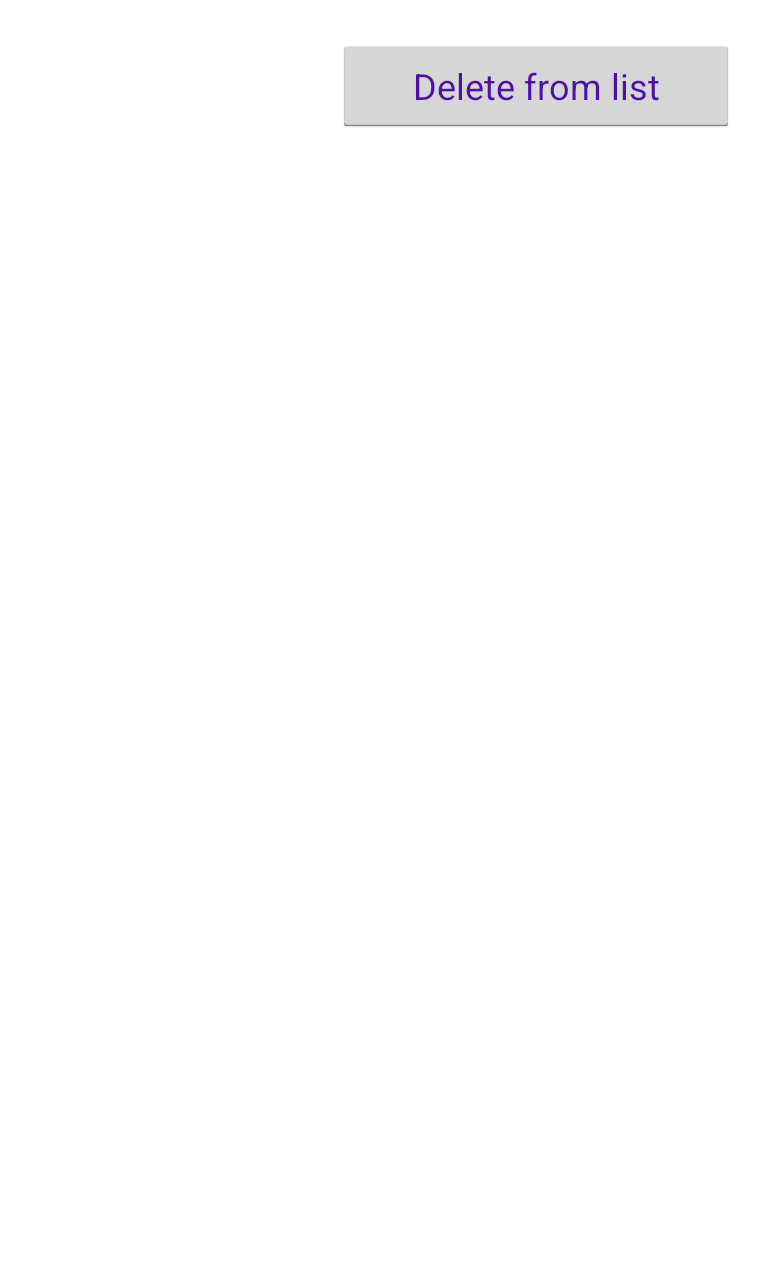
Repository: harvard-lil/wtwba-android-app
Layout: wtwba/res/layout/activity_delete_item.xml
These files come from the project's save history. The layout is drawn as it stood at one moment and after a run of saves; the edit follows.
It is drawn on a 768 x 1280 px phone screen (xhdpi) without system bars, with theme AppTheme; the app's code is not run.

Above is the layout before, as saved 2013-03-14 18:19:16.

### wtwba/res/layout/activity_delete_item.xml
<?xml version="1.0" encoding="utf-8"?>
<LinearLayout xmlns:android="http://schemas.android.com/apk/res/android"
    android:layout_width="fill_parent"
    android:layout_height="fill_parent"
    android:paddingLeft="16dp"
    android:paddingRight="16dp"
    android:orientation="vertical" >

    <TextView
        android:id="@+id/title_preview"
        android:layout_width="fill_parent"
        android:layout_height="wrap_content"
         />

    <Button
        android:layout_width="200dp"
        android:layout_height="wrap_content"
        android:layout_gravity="right"
        android:textColor="#4c11a9"
        android:text="@string/button_confirm_delete"
        android:onClick="deleteItem"/>
</LinearLayout>

### wtwba/res/values/strings.xml
<?xml version="1.0" encoding="utf-8"?>
<resources>

    <string name="app_name">wtwba</string>
    <string name="main_activity_title">Where the Wild Books Are</string>
    <string name="activity_item_details_title">Wild Books</string>
    <string name="activity_scan_title">Wild Books</string>
    <string name="activity_manage_user_title">Wild Books | Manage User</string>
    <string name="activity_location_title">Select your current location</string>
    <string name="user_name_box_label">Enter your assigned user key</string>
    <string name="edit_message">Enter a message</string>
    <string name="loading_message">Loading</string>


    <string name="button_confirm_delete">Delete from list</string>
    <string name="activity_delete_title">Delete an item</string>

    <string name="button_scan">Scan</string>
    <string name="button_item_confrim">Return home</string>
    <string name="button_add">Add to list</string>
    <string name="button_save_user_name">Save user key</string>
    <string name="menu_settings">Settings</string>
    <string name="title_activity_main">MainActivity</string>
    <string name="hello_world">Hello world!</string>
    <string name="title_holder">Sample Title Here</string>
    <string name="connection_error">Unable to connect to network</string>
    <string name="title_activity_display_message">DisplayMessageActivity</string>
    <string name="empty_list">You haven\'t added any items.</string>

</resources>

Loaded but not shown: wtwba/res/values-v11/styles.xml (common file); wtwba/res/values-v14/styles.xml (common file); wtwba/res/values/styles.xml (common file)

After the next 2 saves:
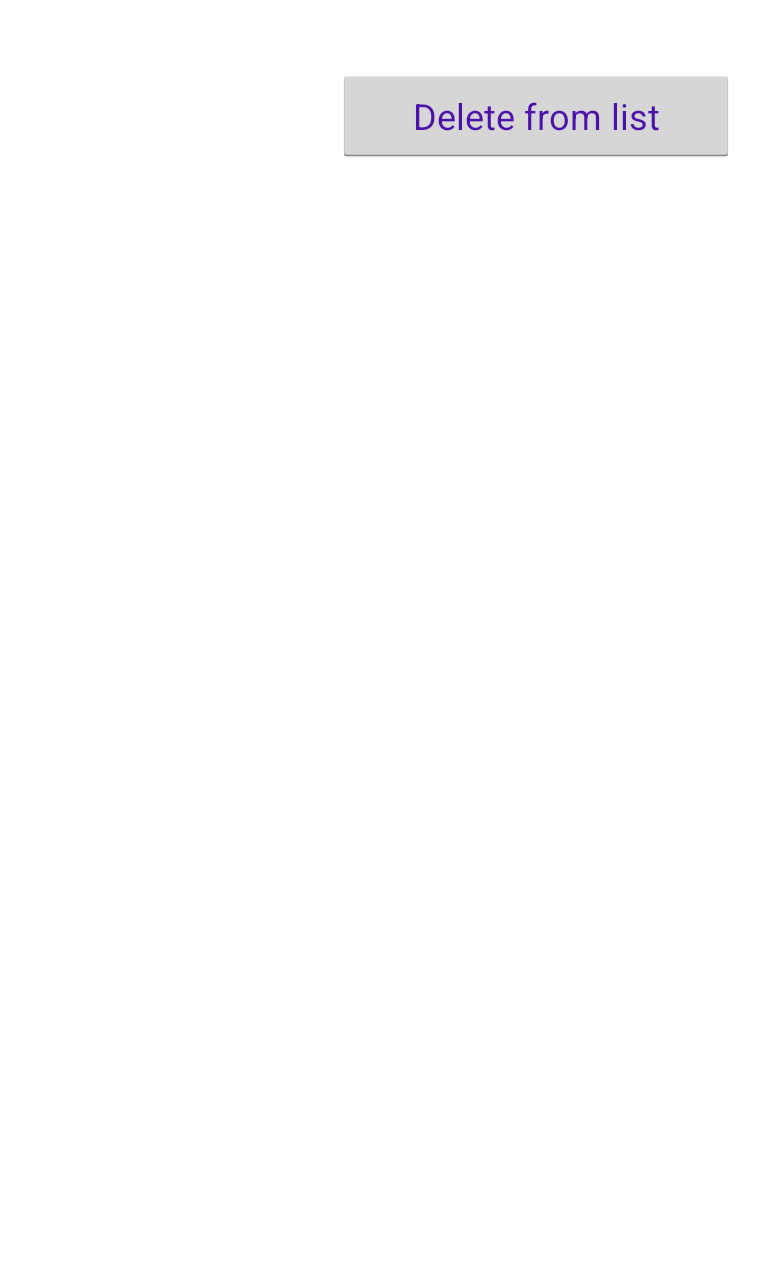
The 2 saves are shown as one change because they came seconds apart.
The last was saved 34 s later.
--- a/wtwba/res/layout/activity_delete_item.xml
+++ b/wtwba/res/layout/activity_delete_item.xml
@@ -10,6 +10,7 @@
         android:id="@+id/title_preview"
         android:layout_width="fill_parent"
         android:layout_height="wrap_content"
+        android:layout_marginTop="15dip"
          />
 
     <Button
